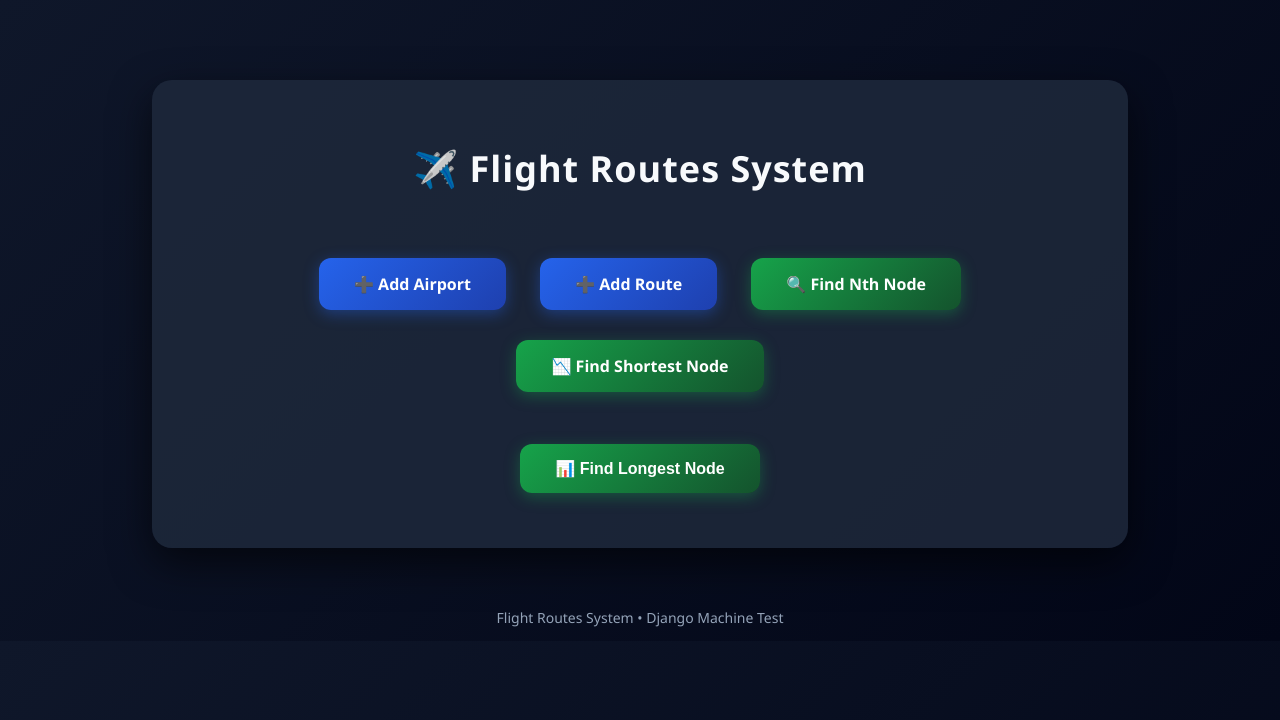
Repository: SNEHASURESH003/flight_system
Page: http://localhost/
An editor plug-in stored every save of this project. The page is shown before and after the next save, followed by the edit.
The browser window is 1280 px wide. The pictures show the whole page.
The page is served by the project's application, run on Django 5.2 (manage.py).

Above is the page before, as saved 2026-01-19 23:01:36.

After the next save:
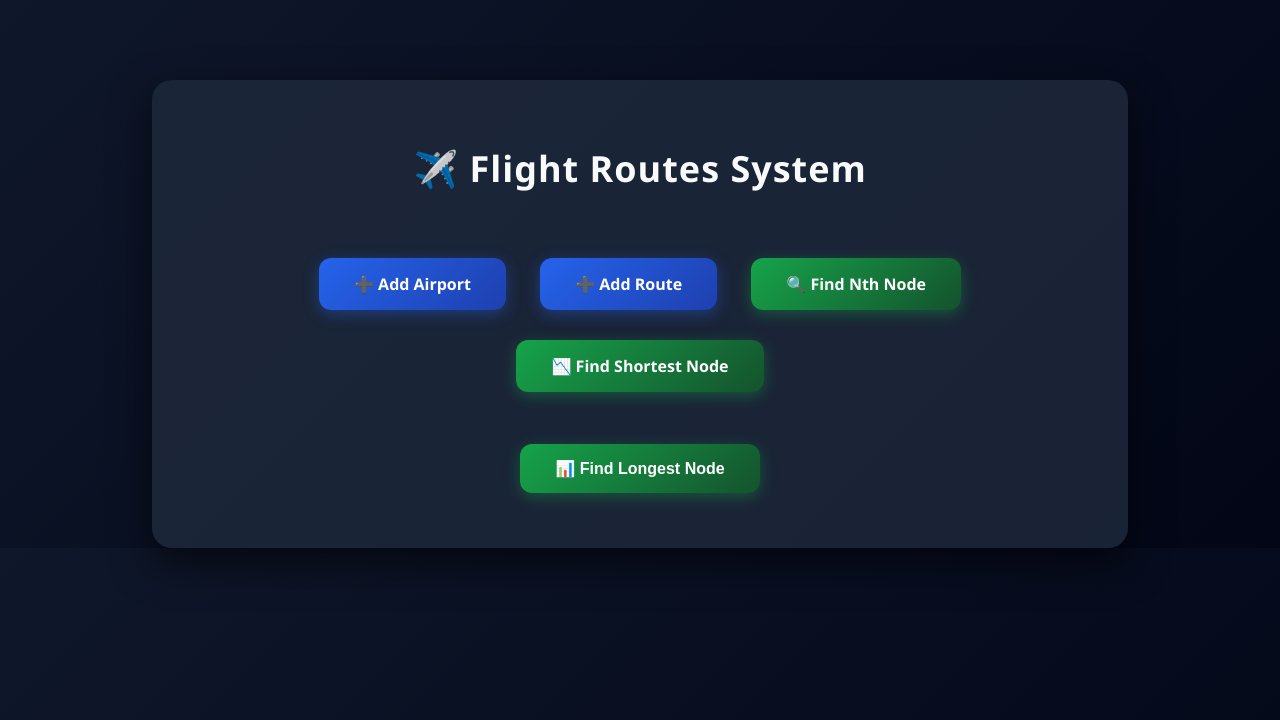
Saved 13 s later.
--- a/airport/airport_route/templates/dashboard.html
+++ b/airport/airport_route/templates/dashboard.html
@@ -90,9 +90,7 @@
         </form>
     </div>
 
-    <footer>
-        <p>Flight Routes System • Django Machine Test</p>
-    </footer>
+
 </div>
 
 </body>
